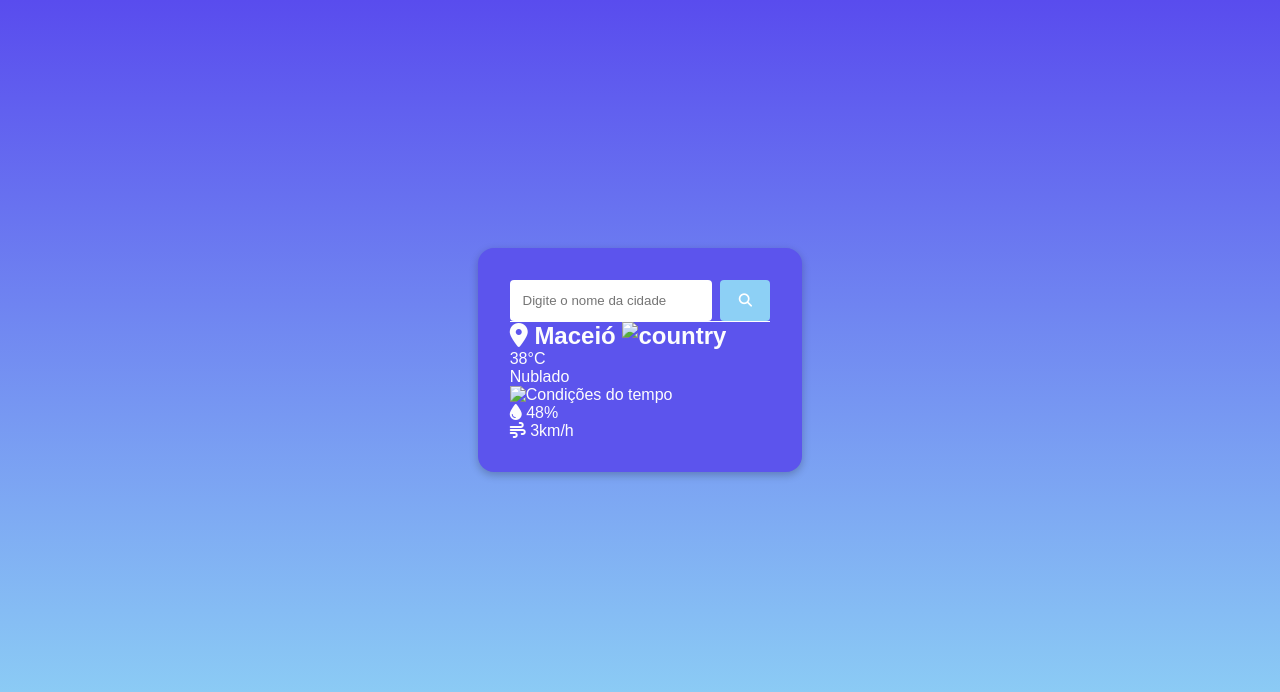
Repository: eziocdl/Weather--API
Page: index.html
An editor plug-in stored every save of this project. The page is shown before and after the next save, followed by the edit.
The browser window is 1280 px wide. The pictures show the whole page.

Above is the page before, as saved 2023-06-19 15:56:42.

### index.html
<!DOCTYPE html>
<html lang="en">
<head>
    <meta charset="UTF-8">
    <meta name="viewport" content="width=device-width, initial-scale=1.0">
    <title>Weather Now</title>
    <link rel="stylesheet" href="css/styles.css" />
    <!---- Google Fonts-------->
    <link rel="preconnect" href="https://fonts.googleapis.com">
    <link rel="preconnect" href="https://fonts.gstatic.com" crossorigin>
    <link href="https://fonts.googleapis.com/css2?family=Poppins:wght@300;400;500;600;700&display=swap"
     rel="stylesheet"
    />

    <!-- Font Awesome ------------>
    <link rel="stylesheet" href="https://cdnjs.cloudflare.com/ajax/libs/font-awesome/6.4.0/css/all.min.css" integrity="sha512-iecdLmaskl7CVkqkXNQ/ZH/XLlvWZOJyj7Yy7tcenmpD1ypASozpmT/E0iPtmFIB46ZmdtAc9eNBvH0H/ZpiBw=="
     crossorigin="anonymous" referrerpolicy="no-referrer" />
    <script src="js/scripts.js" defer></script>
</head>
<body>
    <div class="container">
        <div class="form">
            <div class="form-input-container">
                <input type="text" placeholder="Digite o nome da cidade" id="city-input"
                />
                <button id="search">
                    <i class="fa-solid fa-magnifying-glass"></i>
                </button>
            </div>
        </div>
        <div id="weather-data">
            <h2>
                <i class="fa-solid fa-location-dot"></i>
                <span id="city">Maceió</span>
                <img src="" alt="country">
            </h2>
            <p id="temperature"><span>38</span>&deg;C</p>
            <div id="description-container">
                <p id="description">Nublado</p>
                <img src="" alt="Condições do tempo" id="weather-icon" />
            </div>
            <div class="details-container">
                <p id="umidity">
                    <i class="fa-solid fa-droplet"></i>
                      <span>48%</span>
                </p>
                <p id="wind">
                    <i class="fa-solid fa-wind"></i>
                    <span>3km/h</span>
                </p>
            </div>
        </div>
    </div>
</body>
</html>

### css/styles.css

* {
    padding: 0;
    margin: 0;
    font-family: "ubuntu", sans-serif;
}

body {
    background: linear-gradient(180deg, #594cee 0%, #8dd0f5 100%);
    display: flex;
    justify-content: center;
    align-items: center;
    height: 100vh;
}

.hide {
    display: none;
}

.container {
    background-color: #5c54ed;
    box-shadow: rgba(0, 0, 0, 0.24) 0px 3px 8px;
    padding: 2rem;
    color: #FDFDFD;
    border-radius: 1rem;

}

.form h3 {
    margin-bottom: 1rem;
}

.form-input-container {
    display: flex;
}

.form input {
    padding: 0.8rem;
    border: none;
    flex: 1;
    border-radius: 4px;
}

.form button {
    padding: 0.8rem;
    min-width: 50px;
    margin-left: 8px;
    background-color: #8dd0f5;
    color: #fff;
    border: none;
    border-radius: 4px;
    cursor: pointer;
}

#weather-data {
    border-top: 1px solid #fff;
}

### js/scripts.js
// ba0ed798b46f1b88b59226e7505deaa3

After the next save:
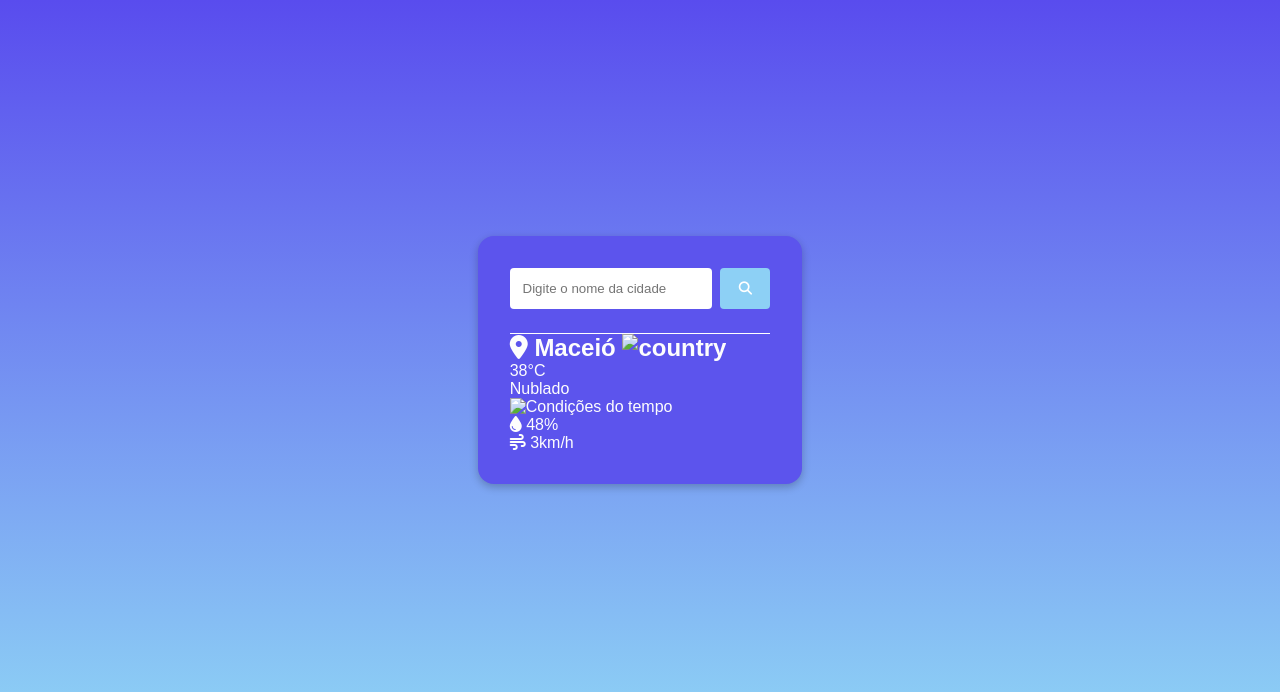
Saved 10 s later.
--- a/css/styles.css
+++ b/css/styles.css
@@ -54,4 +54,5 @@ body {
 
 #weather-data {
     border-top: 1px solid #fff;
+    margin-top: 1.5rem;
 }
